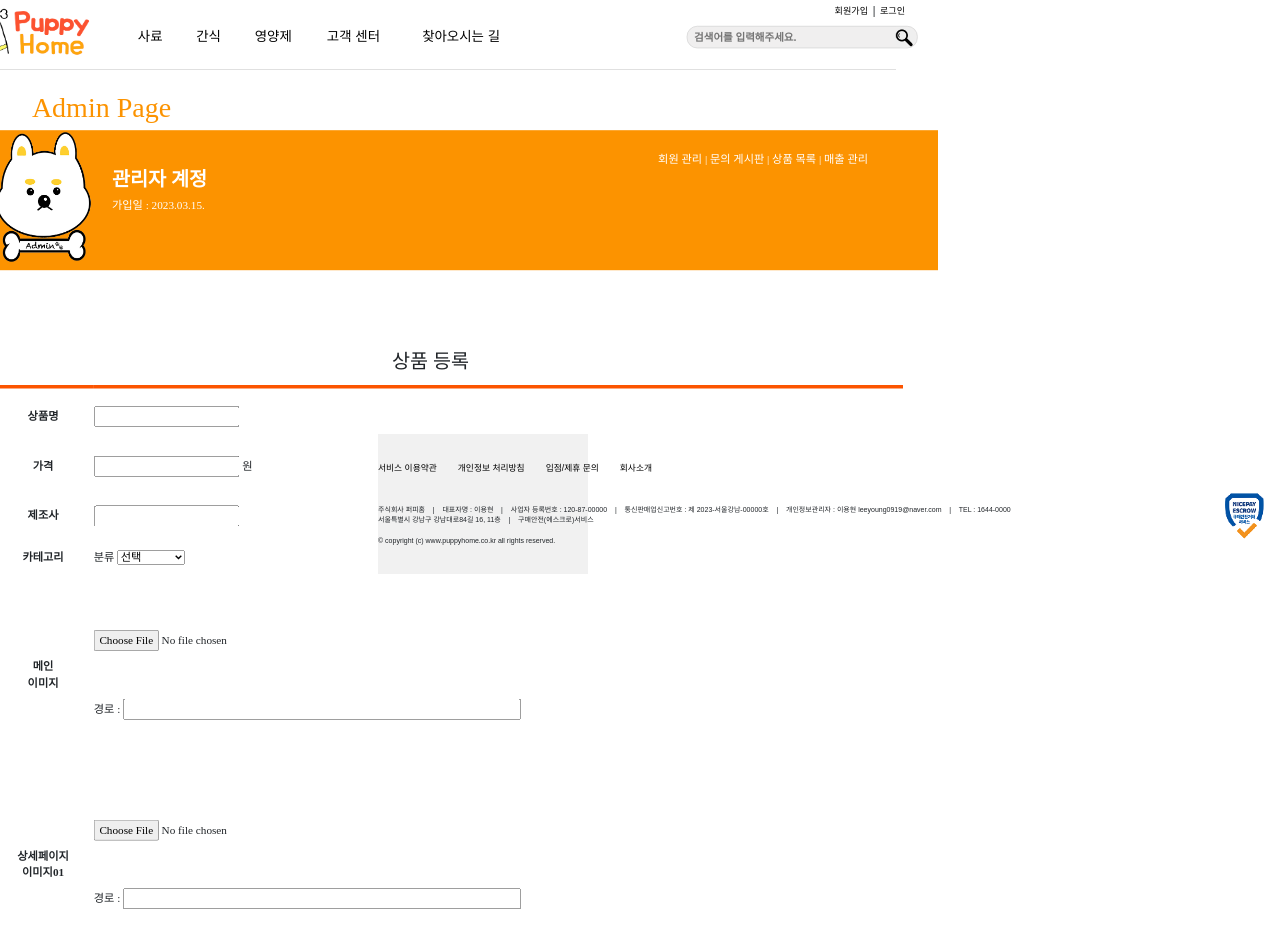
Repository: jiyekim315/puppyhome-shoppingmall
Page: http://localhost/Puppyhome/page/product/productRegister.jsp
An editor plug-in stored every save of this project. The page is shown before and after the next save, followed by the edit.
The browser window is 1280 px wide. The page is 1840 px wide, then 1340 px, so the pictures cover 1840 px, including what lies to the right of the window. The pictures show the part of the page from y = 0 to 1360 px (the page is 2100 px tall), at 70% of full size.
Some web fonts or font styles are not loaded; a fallback is used. The page is served by Tomcat 9. Other server files are loaded and not shown.

Above is the page before, as saved 2023-04-20 14:17:29.

### Shopping/Puppyhome/WebContent/page/product/productRegister.jsp
<%@ page contentType="text/html; charset=UTF-8" %>
<!DOCTYPE html>
<html>
<head>
<meta charset="UTF-8">
<link href="https://cdn.jsdelivr.net/npm/bootstrap@5.2.3/dist/css/bootstrap.min.css" rel="stylesheet" integrity="sha384-rbsA2VBKQhggwzxH7pPCaAqO46MgnOM80zW1RWuH61DGLwZJEdK2Kadq2F9CUG65" crossorigin="anonymous"> <%-- CDN 절대링크 --%>
<script src="https://cdn.jsdelivr.net/npm/bootstrap@5.3.0-alpha1/dist/js/bootstrap.bundle.min.js" integrity="sha384-w76AqPfDkMBDXo30jS1Sgez6pr3x5MlQ1ZAGC+nuZB+EYdgRZgiwxhTBTkF7CXvN" crossorigin="anonymous"></script> <%-- CDN 절대링크 --%>
<script src="https://code.jquery.com/jquery-3.6.3.js"></script> <%-- CDN 절대링크 --%>
<script src="http://cdnjs.cloudflare.com/ajax/libs/jquery-easing/1.3/jquery.easing.min.js"></script> <%-- CDN 절대링크 --%>
<title>PuppyHome 상품등록</title>
<link rel="shortcut icon" href="<%=request.getContextPath()%>/images/favicon.ico" type="image/x-icon"> <%-- 파비콘 --%>
<link rel="stylesheet" type="text/css" href="<%=request.getContextPath()%>/page/include/css/header.css"> <%-- header.css --%>
<link rel="stylesheet" type="text/css" href="<%=request.getContextPath()%>/page/include/css/footer.css"> <%-- footer.css --%>
<link rel="stylesheet" type="text/css" href="<%=request.getContextPath()%>/fontium/css/fontium.css"/>
<link rel="stylesheet" type="text/css" href="<%=request.getContextPath()%>/page/product/css/productRegister.css"/>
<style type="text/css">
@charset "UTF-8";
/* admin계정 UI */
.bottom {
            position: absolute;
            left: calc(50% - 100px);
            bottom: 0;
            height: 100px;
            width: 300px;
            margin: 0 auto;
        }


/* 관리자 메인이미지  */
.adminMainpage {
	width: 1400px;
	height: 300px;
	position: relative;
	left: 50%;
	transform: translateX(-50%);
}

.profile_img {
	width: 1400px;
	height: 200px;
	padding-left: 50px;
	padding-right: 100px;
	background-color: #fc9300;
}

/*Admin Page 지정*/
.name {
	padding-top: 30px;
	padding-left: 10px;
	padding-right: 1000px;
	font-family: 'KIMM_Bold';
}

.myinfo {
	padding-left: 170px;
	padding-right: 100px;
	font-family: 'KIMM_Bold';
	color: white;
}

.myinfo_date {
	padding-left: 170px;
	padding-right: 100px;
	font-family: 'KIMM_Bold';
	color: white;
}

.meau {
	padding-top: 30px;
	padding-left: 800px;
	font-family: 'KIMM_Bold';
}

.meau a {
	color: white;
	text-decoration: none;
}
/* 상품 등록 리스트 테두리 */
.productTitle {
	width: 1400px;
	height: 180px;
	padding-top: 100px;
	padding-left: 50px;
	padding-right: 100px;
	font-family: 'KIMM_Bold';
}

.productForm {
	font-family: 'KIMM_Bold';
	width: 1300px;
	height: 1100px;
	border: none;
	border-top: 5px solid #FC5400;
	border-bottom: 5px solid #FC5400;
}
.table_div table {
	border-collapse: collapse;
}
.productForm th, td {
	text-align: centen;
	font-family: 'KIMM_Bold';
}
.input {
	font-family: 'KIMM_Bold';
}
#btn {
	border-color: #FC5400;
	background-color: #FC5400;
	color: #fff;
}
</style>

</head>
<body>
	<%-- 전체 영역 --%>
	<div class="wrap">
		<%-- 본문 영역(ui깨질시 본인이 ui 수정바람..) --%>

		<%-- 헤더 영역 --%>
		<header>
			<%-- header include --%>
			<jsp:include page="/page/include/header.jsp"/>
		</header>
		<section>
			<div class="main"> <%-- main 시작 --%>
				<form name="p" method="post" action="product_register_ok.shop">
				<div class="adminMainpage">	<%-- adminMainpage --%>


			<%-- admin 계정 --%>
			<h1 class="name" style="color: #fc9300">Admin Page</h1>
			<div class="profile_img" align="center">
			<%-- 이미지 클릭시 관리자 메인화면으로 이동 --%>
			<a href="adminMain.shop"><img width="150px" height="190px" align="left" alt="adminImage" src="<%=request.getContextPath()%>/images/admin.png"> </a>

				<div class="meau" align="right" style="color: white;">
					 <a href="mlist.shop">회원 관리</a> |
					 <a href="csboard.shop">문의 게시판</a> |
					 <a href="gslist.shop">상품 목록</a> |
					 <a href="aSales.shop">매출 관리</a>
				 </div>

				<h3 class="myinfo" align="left"><b>관리자 계정</b> <br>
				</h3> <div class="myinfo_date" align="left">가입일 : 2023.03.15.</div>	<br>
			</div> <%-- end profile_img : 이미지 div --%>
			</div> <%-- end adminMainpage : 관리자 계정 고정 --%>

				<%-- 상품 등록 form --%>
				<form action="product_register_ok.shop"  method="post" >
				<div class="productTitle">
					<h3 align="center">상품&nbsp;등록</h3><p>

					<%-- 상품 등록 --%>
					<table class="productForm" align="center">

						<tr><th></th></tr>

						<tr>
							<th>상품명</th>
							<td align="left"><input type="text" class="#" name="product_title"></td>
						</tr> <p>

						<tr><th></th></tr>

						<tr>
							<th><b>가격</b></th>
							<td align="left"><input type="text" class="#" name="product_price" width="1000px">&nbsp;원</td>
						</tr>

						<tr><th></th></tr>

						<tr>
							<th>제조사</th>
							<td align="left"><input type="text" class="#" name="product_maker"></td>
						</tr> <p>

						<tr>
							<th>카테고리</th>

							<td align="left"> <label>분류</label>
								<select name="product_type">
									<option value="">선택</option>
									<optgroup label="사료" id="feed" >
										<option value="퍼피">퍼피</option>
										<option value="어덜트">어덜트</option>
										<option value="시니어">시니어</option>
									<optgroup label="간식" id="gansik" value="gansik">
										<option value="껌간식">껌간식</option>
										<option value="일반간식">일반간식</option>
									<optgroup label="영양제" id="medicine" value="medicine">
										<option value="유산균">유산균</option>
										<option value="오메가3">오메가3</option>
								</select>
						</tr> <p>

						<tr><th></th></tr>
						<%-- 이미지는 images에만 있는 이미지는 업로드 하기! --%>
						<tr>
							<th>메인<br>이미지</th>
							<td align="left">
							<input id="image01" type="file" name="file" onchange="fileCheck01();" />
							<div class="select_img01" style="margin: 10px;"> <img src=""> </div>

							<script type="text/javascript">
							$("#image01").change(function() {
								if( this.files && this.files[0]) {
									var reader = new FileReader;
									reader.onload = function(data) {
										$(".select_img01 img").attr("src", data.target.result).width(500);
									}
									reader.readAsDataURL(this.files[0]);
								}
							});
							function fileCheck01() {
								var file = document.getElementById("image01");
								//파일 경로.
								var filePath = file.files[0].name;
								//전체경로를 \ 나눔.
								var filePathSplit = filePath.split('\\');
								console.log(filePath);
								$('#imagesrc01').val(filePath);
							}
							</script> <br>
							경로 : <input id="imagesrc01" type="text" name="product_cont1" size="60"  readonly="readonly">
							</td>
								<tr>
							<th>상세페이지<br>이미지01</th>
							<td align="left">
							<input id="image02" type="file" name="file" onchange="fileCheck02();" />
							<div class="select_img02" style="margin: 10px;"> <img src=""> </div>

							<script type="text/javascript">
							$("#image02").change(function() {
								if( this.files && this.files[0]) {
									var reader = new FileReader;
									reader.onload = function(data) {
										$(".select_img02 img").attr("src", data.target.result).width(500);
									}
									reader.readAsDataURL(this.files[0]);
								}
							});
							function fileCheck02() {
								var file = document.getElementById("image02");
								//파일 경로.
								var filePath = file.files[0].name;
								//전체경로를 \ 나눔.
								var filePathSplit = filePath.split('\\');
								console.log(filePath);
								$('#imagesrc02').val(filePath);
							}
							</script><br>
							경로 : <input id="imagesrc02" type="text" name="product_cont2" size="60" readonly="readonly">
							</td>
						</tr>
						<tr>
							<th>상세페이지<br>이미지02</th>
							<td align="left">
							<input id="image03" type="file" name="file" onchange="fileCheck03();" />
							<div class="select_img03" style="margin: 10px;"> <img src=""> </div>

							<script type="text/javascript">
							$("#image03").change(function() {
								if( this.files && this.files[0]) {
									var reader = new FileReader;
									reader.onload = function(data) {
										$(".select_img03 img").attr("src", data.target.result).width(500);
									}
									reader.readAsDataURL(this.files[0]);
								}
							});
							function fileCheck03() {
								var file = document.getElementById("image03");
								//파일 경로.
								var filePath = file.files[0].name;
								//전체경로를 \ 나눔.
								var filePathSplit = filePath.split('\\');
								console.log(filePath);
								$('#imagesrc03').val(filePath);
							}
							</script> <br>
							경로 : <input id="imagesrc03" type="text" name="product_cont3" size="60" readonly="readonly">
							</td>
						</tr>

					</table> <p><p>

					<input type="submit" value="등록" />
					<input type="reset" value="취소" onclick="location='productList.jsp'" />

				</div> </form><%-- end product--%>

				</div><%-- adminMainpage 끝--%>
			</div> <%-- end main --%>

			<%-- top버튼 삭제 X --%>
			<div id="topBtn">
				<span class="fonti um-arrow-circle-up um-3x icon"></span>TOP
			</div>
		</section>
		<%-- 푸터 영역 --%>

	<footer class="bottom">
		<!-- footer -->
		<jsp:include page="/page/include/footer.jsp"/>
		<!-- footer 끝 -->
	</footer>
	</div>

	<script type="text/javascript">

		<%-- top버튼 부분 --%>
		// 클릭 이벤트 핸들러
		$("#topBtn").click(function(e) {
			e.stopPropagation();
			$("html, body").animate({
				scrollTop : 0
			}, 'fast', 'easeOutCubic');
		});

		// 스크롤 이벤트 핸들러
		$(window).scroll(function() {
			if ($(window).scrollTop() == 0) {
				$("#topBtn").css("opacity", 0); // TOP 버튼 숨기기
			} else {
				$("#topBtn").css("opacity", 1); // TOP 버튼 나타내기
			}
		});
	</script>
</body>
</html>

### Shopping/Puppyhome/WebContent/page/include/footer.jsp
<%@ page contentType="text/html; charset=UTF-8" %>
<!DOCTYPE html>
<html>
<head>
<meta charset="UTF-8">
<script src="https://code.jquery.com/jquery-3.6.3.js"></script> <%-- CDN 절대링크 --%>
<script src="http://cdnjs.cloudflare.com/ajax/libs/jquery-easing/1.3/jquery.easing.min.js"></script> <%-- CDN 절대링크 --%>
<title>Footer</title>
<link rel="stylesheet" type="text/css" href="./css/footer.css">
<style type="text/css">
/* 폰트 CSS */
@font-face {
   font-family: 'KIMM_Bold';
   src:url('https://cdn.jsdelivr.net/gh/projectnoonnu/noonfonts_2212@1.0/KIMM_Bold.woff2') format('woff2');
   font-weight: 700;
   font-style: normal;
}

/* 메인 컨텐츠 부분 */
#wrap {
   width: 100%;
   height: 100%;
   text-align: center;
}

</style>
</head>
<body>
   <!-- footer -->
   <div id="footerbox">
      <div id="innerbox">
            <div id="categorybox">
                <ul>
                    <li><a href="javascript:void(0);" onclick="openPopup_service();">서비스 이용약관</a></li>
                    <li><a href="javascript:void(0);" onclick="openPopup_privacy();">개인정보 처리방침</a></li>
                    <li><a href="javascript:void(0);" onclick="openPopup_inquiry();">입점/제휴 문의</a></li>
                    <li><a href="javascript:void(0);" onclick="openPopup_company_introduce();">회사소개</a></li>
                </ul>
            </div>
            <div id="infobox">
                <br>주식회사 퍼피홈 &nbsp;&nbsp; | &nbsp;&nbsp; 대표자명 : 이용현 &nbsp;&nbsp; | &nbsp;&nbsp; 사업자 등록번호 : 120-87-00000 &nbsp;&nbsp; | &nbsp;&nbsp; 통신판매업신고번호 : 제 2023-서울강남-00000호 &nbsp;&nbsp; | &nbsp;&nbsp; 개인정보관리자 : 이용현 leeyoung0919@naver.com &nbsp;&nbsp; | &nbsp;&nbsp; TEL : 1644-0000
                <br>서울특별시 강남구 강남대로84길 16, 11층 &nbsp;&nbsp; | &nbsp;&nbsp; 구매안전(에스크로)서비스
                <br><br>© copyright (c) www.puppyhome.co.kr all rights reserved.
            </div>
            <div id="checkbox">
            <input type="image" id="checkIcon" src="<%=request.getContextPath()%>/images/nicepay.png" onclick="openPopup_certificate()" value="" alt="인증 마크 클릭 이동">
            </div>
        </div>
   </div>
   <!-- footer 끝 -->
   <script type="text/javascript">

      <%-- footer 부분 --%>
      // 서비스 이용약관 텍스트 클릭시 새창 열기
      function openPopup_service() {
           var page_width = '580';
           var page_height = '650';

           // 팝업을 가운데 위치시키기 위해 아래와 같이 값 구하기
           var page_left = Math.ceil((window.screen.width - page_width)/2);
           var page_top = Math.ceil((window.screen.height - page_height)/2);

       window.open("service.shop", "service",'width='+ page_width +', height='+ page_height +', left=' + page_left + ', top='+ page_top);

       }

      // 개인정보 처리 텍스트 클릭시 새창 열기
      function openPopup_privacy() {
           var page_width = '580';
           var page_height = '650';

           // 팝업을 가운데 위치시키기 위해 아래와 같이 값 구하기
           var page_left = Math.ceil((window.screen.width - page_width)/2);
           var page_top = Math.ceil((window.screen.height - page_height)/2);

       window.open("privacy.shop", "privacy",'width='+ page_width +', height='+ page_height +', left=' + page_left + ', top='+ page_top);

       }

      // 입점/제휴 문의 텍스트 클릭시 새창 열기
      function openPopup_inquiry() {
           var page_width = '580';
           var page_height = '555';

           // 팝업을 가운데 위치시키기 위해 아래와 같이 값 구하기
           var page_left = Math.ceil((window.screen.width - page_width)/2);
           var page_top = Math.ceil((window.screen.height - page_height)/2);

       window.open("inquiry.shop", "inquiry",'width='+ page_width +', height='+ page_height +', left=' + page_left + ', top='+ page_top);

       }

      // 인증 마크 클릭시 새창 열기
       function openPopup_certificate() {
           var page_width = '510';
           var page_height = '430';

           // 팝업을 가운데 위치시키기 위해 아래와 같이 값 구하기
           var page_left = Math.ceil((window.screen.width - page_width)/2);
           var page_top = Math.ceil((window.screen.height - page_height)/2);

       window.open("certificate.shop", "certificate",'width='+ page_width +', height='+ page_height +', left=' + page_left + ', top='+ page_top);

       }

      // 회사소개 클릭시 새창 열기
       function openPopup_company_introduce() {
           var page_width = '800';
           var page_height = '600';

           // 팝업을 가운데 위치시키기 위해 아래와 같이 값 구하기
           var page_left = Math.ceil((window.screen.width - page_width)/2);
           var page_top = Math.ceil((window.screen.height - page_height)/2);

       window.open("company_introduce.shop", "company_introduce",'width='+ page_width +', height='+ page_height +', left=' + page_left + ', top='+ page_top);

       }
   </script>
</body>
</html>

### Shopping/Puppyhome/WebContent/page/include/css/header.css
@charset "UTF-8";

/* header.jsp UI */
/* 헤더 박스 부분 */
.headerbox{
	width : 100%;
	height : 105px;
       position: fixed;
       left: 50%;
       transform: translateX( -50% );
       border-bottom: 1px solid lightgray;
       background-color: white;
       z-index: 2;
}
/* 로고 이미지 */
#logoImage{
    position: fixed;
    left: 7.7%;
    top: 7%;
    transform: translateX( -50% );
}
/* 헤더 박스 안의 컨텐츠 */
.menubox{
    width: 1500px;
    height: 105px;
    position: fixed;
    left: 52%;
    transform: translateX( -50% );
}
/* 메뉴바 관련 */
.navbarbox{
    width: 650px;
    height: 80px;
    position: fixed;
    left: 36%;
    top: 19%;
    transform: translateX( -50% );
}
.navbarbox a{
    color: black;
    text-decoration: none;
    font-family: 'KIMM_Bold', sans-serif;
    font-size: larger;
    margin : 0px 28px 0px 28px;
}
.navbarbox a:active{
    color: orange;
}
#a2{
	margin-left : 30px;
}
/* 드롭박스 관련 */
#dropbtn{
    background-color: white;
    color: black;
    padding: 16px;
    font-family: 'KIMM_Bold', sans-serif;
    font-size: larger;
    border: none;
    margin-left: 12px;
}
#dropbtn:active{
    color: orange;
}
#dropdownbox{
    position: relative;
    display: inline-block;
}
#dropdown-content {
    display: none;
    position: absolute;
    background-color: #f1f1f1;
    min-width: 170px;
    box-shadow: 0px 8px 16px 0px rgba(0,0,0,0.2);
    z-index: 1;
}
#dropdown-content a {
    color: black;
    padding: 12px 16px;
    text-decoration: none;
    display: block;
}
#dropdownbox:hover #dropdown-content {
    display: block;
}
/* 회원가입, 로그인 관련 */
.memberbox{
    width: 196px;
    height: 95px;
    position: fixed;
    right: 5%;
    top: 5%;
}
.memberbox a{
    color: black;
    text-decoration: none;
    font-family: 'KIMM_Bold', sans-serif;
    font-size :small;
}
.memberbox a:hover{
    color: blue;
}
/* 검색창 관련 */
.searchbox{
    position: fixed;
    right: 4.8%;
    top: 30%;
    transform: translateX( -10% );
}
#search{
    width: 330px;
    height: 32px;
    font-size: 15px;
    font-weight: bold;
    border: 0.5px solid lightgrey;
    border-radius: 15px;
    outline: none;
    padding-left: 10px;
    background-color: rgb(240, 239, 239);
    z-index: 2;
}
#searchBtn{
    width: 32px;
    height: 29px;
    position: fixed;
    right: 0;
    top: 5%;
    transform: translateX(-10%);
    border: none;
    border-radius: 15px;
    padding: 0;
}
/* 위로 가기 버튼 관련 */
#topBtn{
    position: fixed;
    bottom: 45px;
    right: 5px;
    width: 60px;
    height: 47px;
    text-align: center;
    font-size: 15px;
    font-weight: bold;
    color: #787f83;
    transition: all 200ms ease-out;
    display: inline-block;
    z-index: 10;
}
#topBtn .icon{
    width: 100%;
    height: 100%;
    color: #787f83;
    cursor: pointer;
}
/* 클리어 */
   .clear{
	clear : both;
}

### Shopping/Puppyhome/WebContent/page/include/css/footer.css
@charset "UTF-8";

/* footer.jsp UI */
/* 푸터 박스 부분 */
#footerbox {
	width: 100%;
	height: 200px;
    font-size: x-small;
    font-family: 'KIMM_Bold', sans-serif;
    background-color: rgb(241, 241, 241);
}
/* 푸터 박스 안의 틀 */
#innerbox {
    width: 1300px;
    height: 180px;
    margin: auto;
}
/* 푸터 카테고리 관련 */
#categorybox {
    height: 30px;
    float: left;
    margin: 40px 0px 15px 0px;
}
#categorybox ul {
    padding: 0;
}
#categorybox li {
    list-style: none;
    list-style-type: none;
    float: left;
    margin-right: 30px;
}
#categorybox a {
    font-size: 12.5px;
    text-decoration: none;
    color: black;
}
/* 푸터 안내글 부분 */
#infobox {
    width: 1100px;
    height: 65px;
    float: left;
    text-align: left;
}
/* 나이스페이 마크 관련 */
#checkbox {
    width: 65px;
    height: 65px;
    text-align: center;
    float: right;
    margin-right: 30px;
}
input#checkIcon {
    background-image: url(../images/nicepay.png);
    background-color: transparent;
    background-repeat: no-repeat;
    background-position: 0px 0px;
    border: none;
    cursor: pointer;
    width: 55px;
    height: 64px;
}
/* 클리어 */
.clear {
	clear: both;
}

### Shopping/Puppyhome/WebContent/page/product/css/productRegister.css
@charset "UTF-8";

<style type="text/css">
	/* 폰트 CSS */
	@font-face {
		font-family: 'KIMM_Bold';
		src: url('https://cdn.jsdelivr.net/gh/projectnoonnu/noonfonts_2212@1.0/KIMM_Bold.woff2') format('woff2'); /* CDN 절대링크  */
		font-weight: 700;
		font-style: normal;
	}
	/* 되도록 안건드리는 영역 */
	* {
		box-sizing: border-box;
		-webkit-box-sizing: border-box;
		-moz-box-sizing: border-box;
	}
	html {
		height: 100%;
	}
	body {
		margin: 0px;
		height: 100%;
		padding: 0px;
	}
	header {
		width: 100%;
	    position: fixed;
		z-index: 2;
	}
	footer {
		bottom: 0;
		z-index: 5;
		position: relative;
	}
	.wrap {
		margin-top: -110px;
		min-height: 100%;
	    position: relative;
	}
	.main {
		width: 1400px;
		height: 2000px; /* UI 개발할 때 각 페이지에 맡게 해당 영역 px수치 수정해야함 / section이랑 px 맞춰야함 */
		position : relative;
		top: 105px;
		left: 50%;
        transform: translateX( -50% );

	}
	section {
		height: 2000px; /* UI 개발할 때 각 페이지에 맡게 해당 영역 px수치 수정해야함 / .main이랑 px 맞춰야함 */

	}
	/* 클리어 */
	.clear {
		clear: both;
	}
	/* 밑의 영역부터 css시작 */
	.container {
		width: 100%;
	}


	/*본문 css 시작*/

	/* 관리자 프로필 계정 NOTOCH */
	#adminMainpage {
		width: 1100x;
		height: 300px;
		position : relative;
		left: 50%;
        transform: translateX( -50% );
	}
	.profile_img{
		width: 1400px;
		height: 200px;
		padding-left: 50px;
		padding-right: 100px;
	}
	.name{ /*Admin Page 지정*/
		padding-top: 30px;
		padding-left: 10px;
		padding-right: 1000px;
		font-family: 'KIMM_Bold';
	}
	.myinfo {
	  	padding-left: 300px;
	  	padding-right: 100px;
	  	font-family: 'KIMM_Bold';
	 }
	.myinfo_date{
		padding-left: 300px;
	  	padding-right: 100px;
	  	font-family: 'KIMM_Bold';
	}
	.location {
		padding-top: 30px;
		padding-left: 800px;
		font-family: 'KIMM_Bold';
	}
	/* 상품 등록 전체 폼*/
	.productTitle{
		width: 1400px;
		height: 180px;
		padding-top: 100px;
		padding-left: 50px;
		padding-right: 100px;
		font-family: 'KIMM_Bold';
	}
	.productForm{
		font-family: 'KIMM_Bold';
		width: 1300px;
		height: 1100px;
		border:none;
	    border-top: 5px solid #FC5400;
	    border-bottom: 5px solid #FC5400;
	}
	.table_div table {
		border-collapse: collapse;
	}
	.table_div table th, td {
		text-align: centen;
		font-family: 'KIMM_Bold';
		border-bottom: 1px solid black;
	}
	.input{
		font-family: 'KIMM_Bold';
	}
</style>

Loaded but not shown: Shopping/Puppyhome/WebContent/fontium/css/fontium.css (3035 lines, source omitted); Shopping/Puppyhome/WebContent/page/include/header.jsp (368 lines, source omitted)

After the next save:
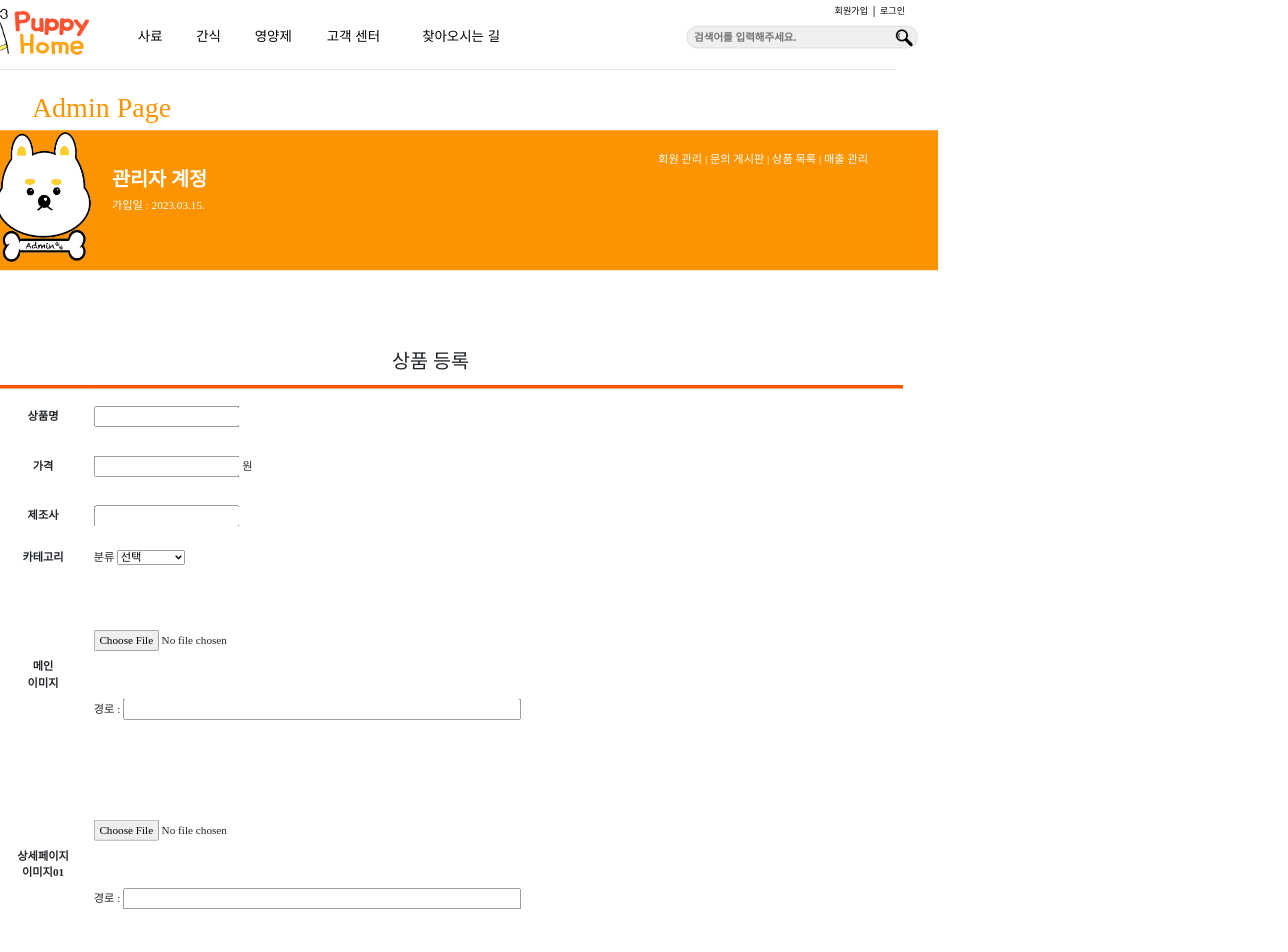
Saved 96 s later.
--- a/Shopping/Puppyhome/WebContent/page/product/productRegister.jsp
+++ b/Shopping/Puppyhome/WebContent/page/product/productRegister.jsp
@@ -16,14 +16,6 @@
 <style type="text/css">
 @charset "UTF-8";
 /* admin계정 UI */
-.bottom {
-            position: absolute;
-            left: calc(50% - 100px);
-            bottom: 0;
-            height: 100px;
-            width: 300px;
-            margin: 0 auto;
-        }
 
 
 /* 관리자 메인이미지  */
@@ -297,13 +289,15 @@
 				<span class="fonti um-arrow-circle-up um-3x icon"></span>TOP
 			</div>
 		</section>
+
+
 		<%-- 푸터 영역 --%>
-
-	<footer class="bottom">
-		<!-- footer -->
+<%--
+	<footer>
 		<jsp:include page="/page/include/footer.jsp"/>
-		<!-- footer 끝 -->
 	</footer>
+	 --%>
+
 	</div>
 
 	<script type="text/javascript">
